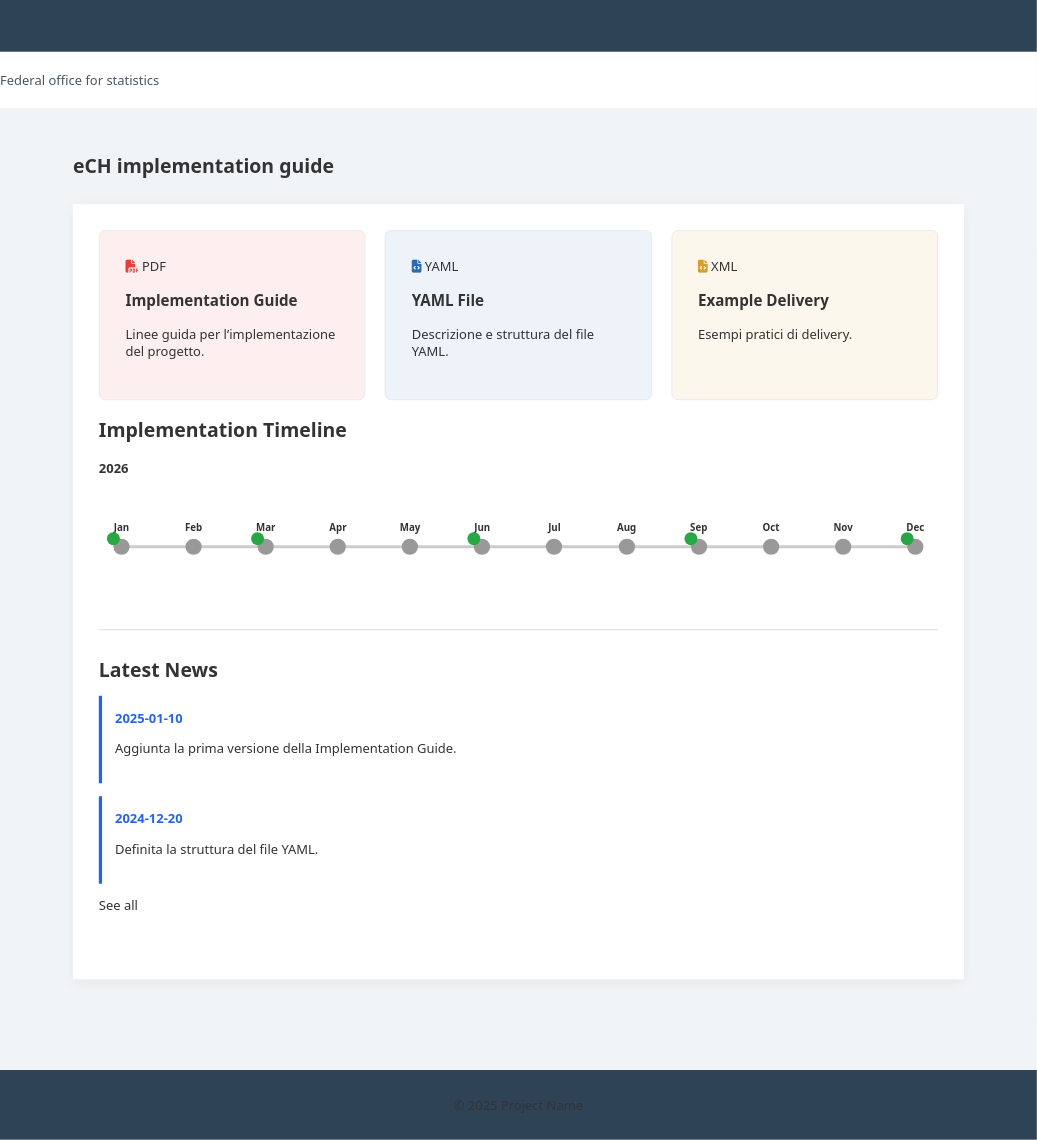
Repository: bfspoku/ech-0252-docs
Page: index.html
An editor plug-in stored every save of this project. The page is shown before and after the next save, followed by the edit.
The browser window is 1280 px wide. The pictures show the whole page, at 81% of full size.

Above is the page before, as saved 2025-12-16 17:34:52.

After the next save:
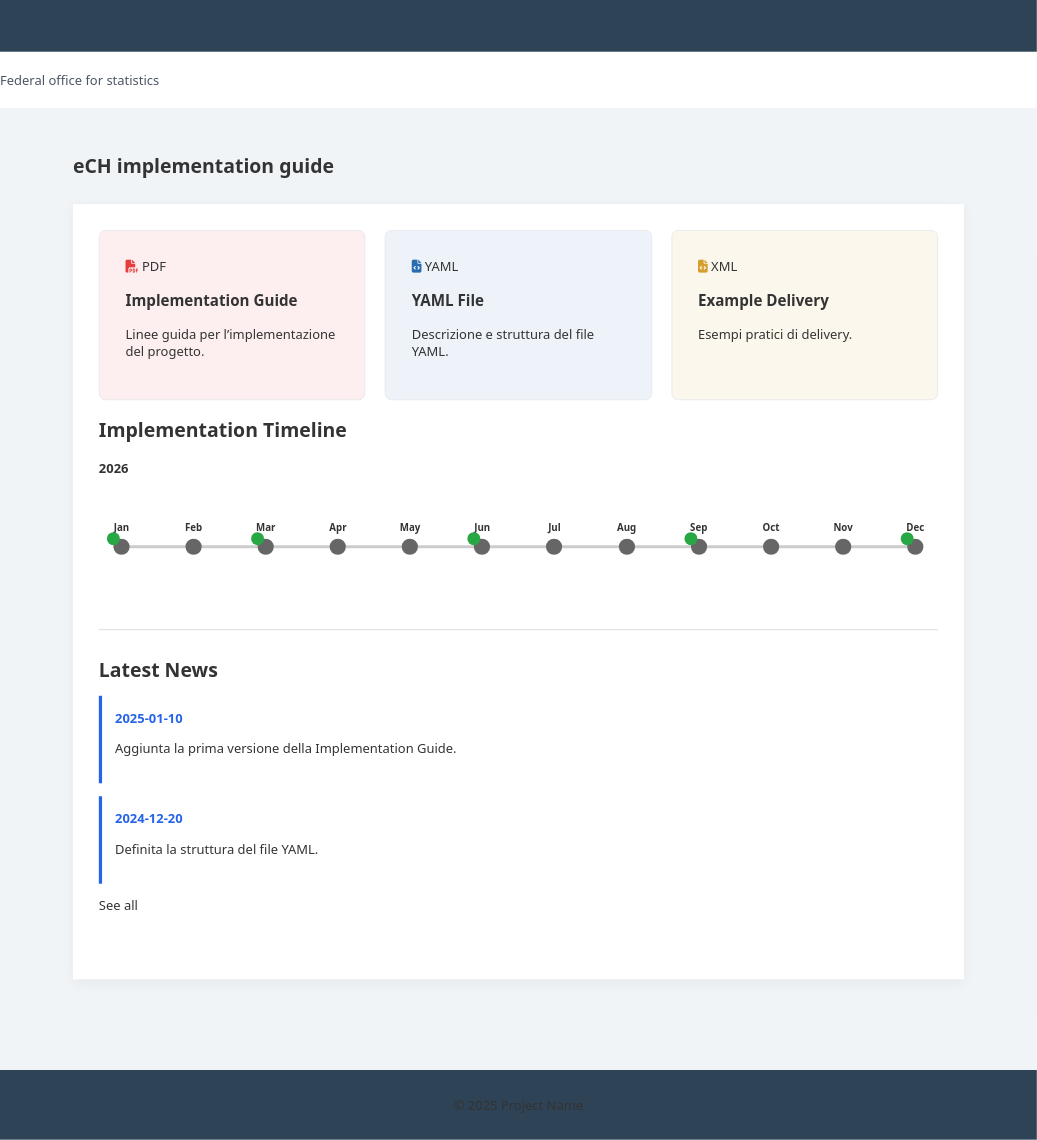
Saved 63 s later.
--- a/css/style.css
+++ b/css/style.css
@@ -144,14 +144,18 @@
   .month-point {
     width: 20px;
     height: 20px;
-    background-color: #999;
+    background-color: #666;
     border-radius: 50%;
     position: relative;
     cursor: default;
   }
 
-  .month-point:hover {
-    background-color: #666;
+  .month-point .Jan {
+    background-color:#28a745;
+  }
+
+  .month-point .Jan:hover {
+    background-color:#16772d;
   }
 
   .month-label {
